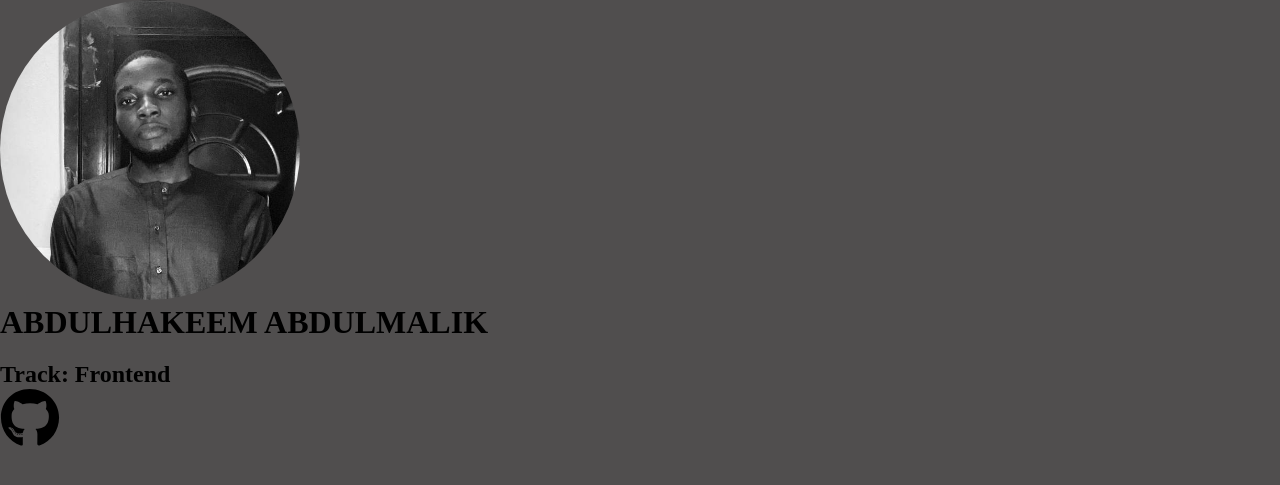
Repository: malikhakeem/HNG-TASK
Page: HNG-TASK1.html
The author's editor kept a copy of each file at every save. The page is drawn from the files as they stood at one save, then again after the next save.
The browser window is 1280 px wide. The pictures show the whole page.

Above is the page before, as saved 2023-09-08 21:57:03.

After the next save:
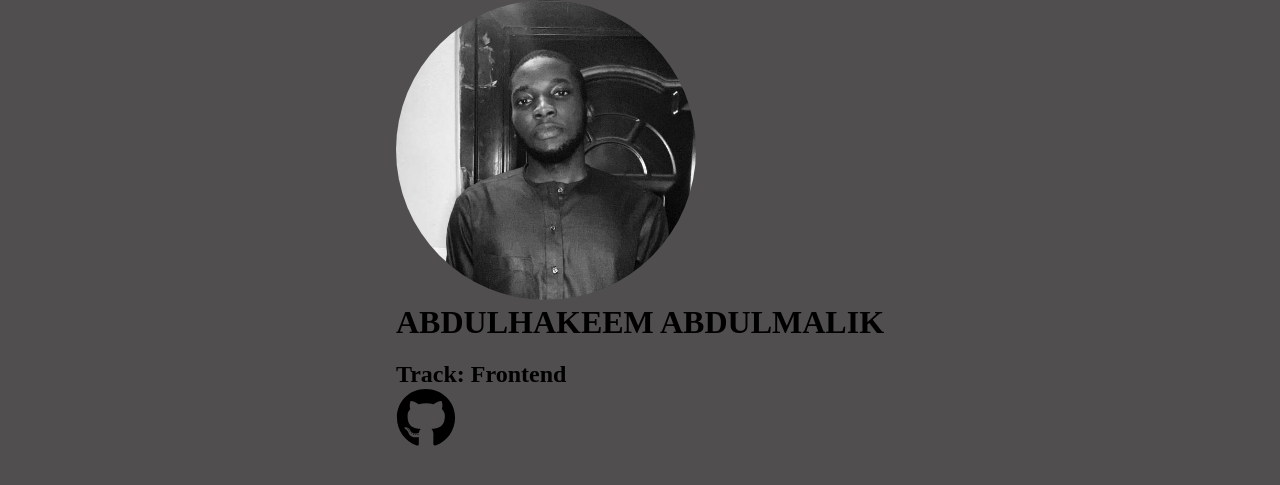
Saved 10 s later.
--- a/HNG-TASK!.css
+++ b/HNG-TASK!.css
@@ -22,7 +22,7 @@
 
 body{
     display:flex;
- justify-content: c;
+ justify-content: center;
     align-items:center;
     background-color:rgb(80, 78, 78);
 }
